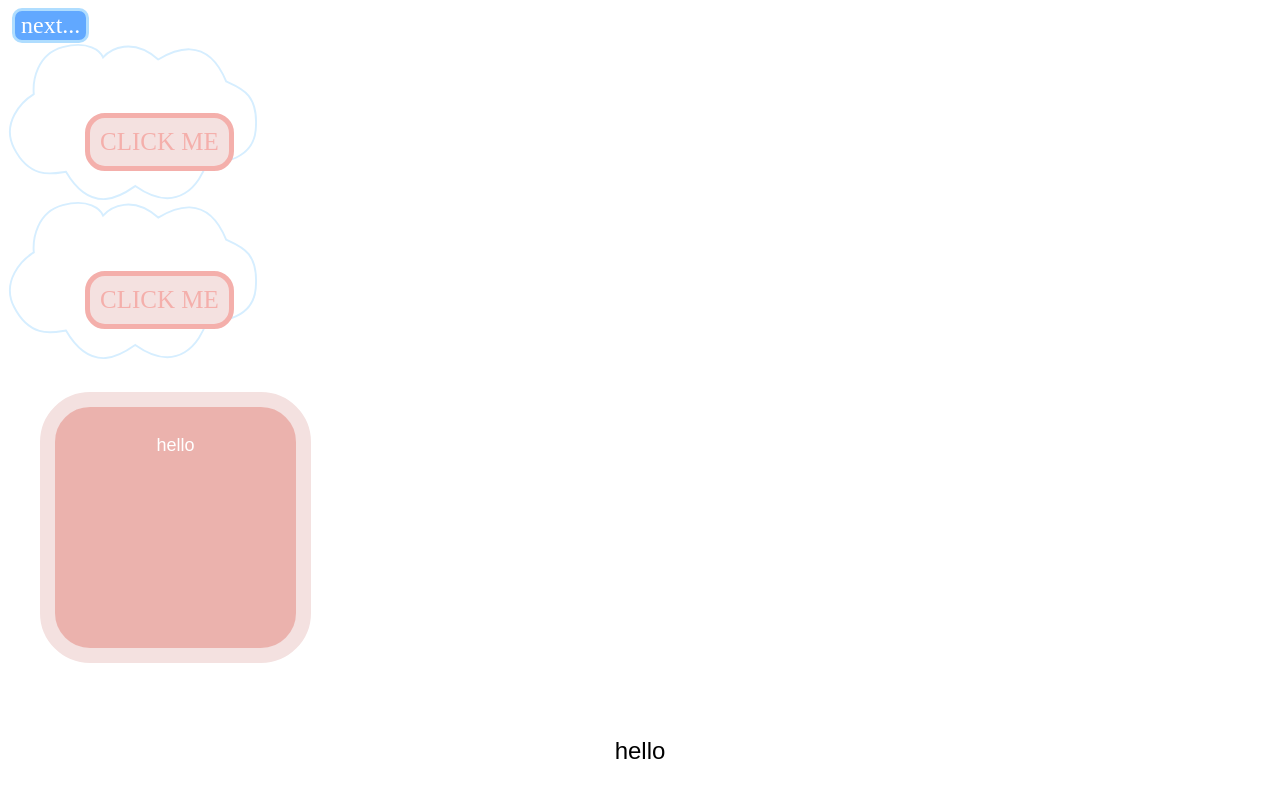
Repository: SoleilDagneau/MDIA2109Midterm
Page: index.html
An editor plug-in stored every save of this project. The page is shown before and after the next save, followed by the edit.
The browser window is 1280 px wide. The pictures show the whole page.
Some web fonts or font styles are not loaded; a fallback is used.

Above is the page before, as saved 2022-03-01 19:41:45.

After the next save:
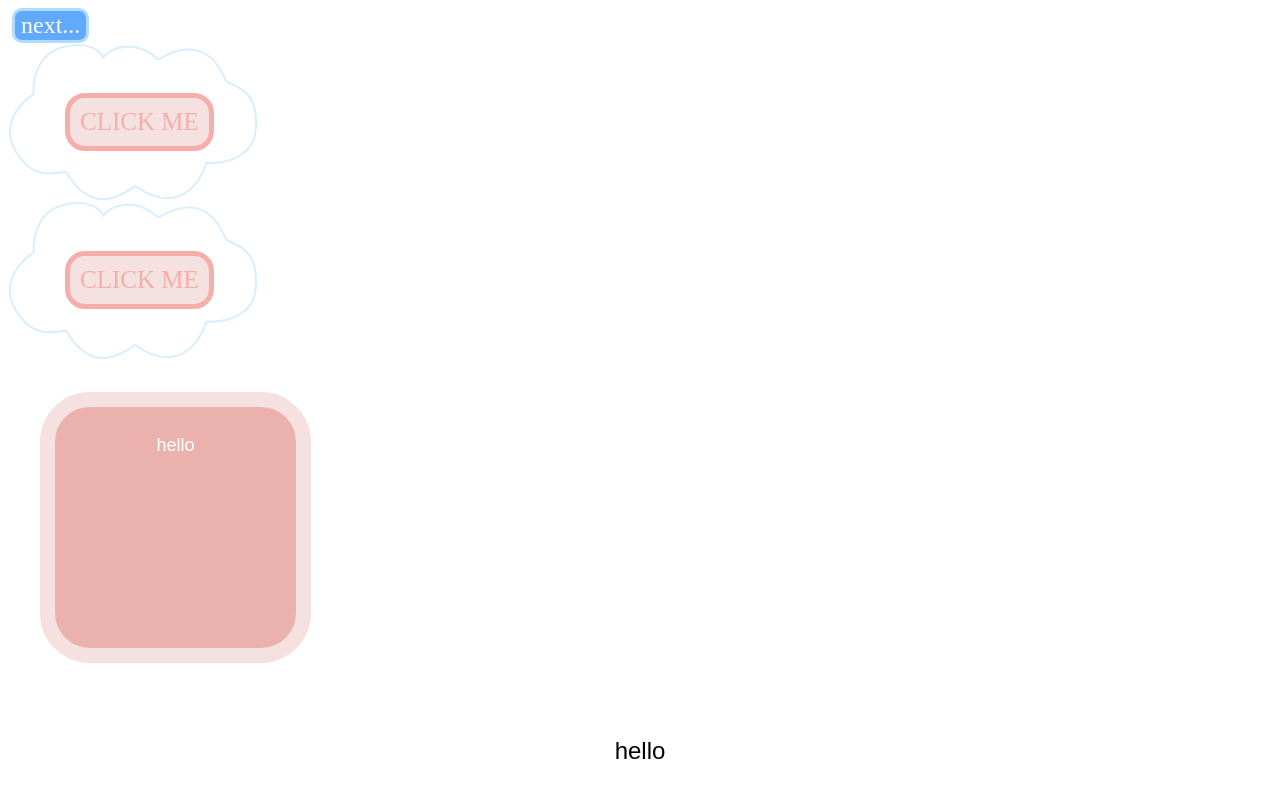
Saved 4 s later.
--- a/utils/clickbubble.js
+++ b/utils/clickbubble.js
@@ -16,7 +16,7 @@ template_clickbubble.innerHTML = `
         position: absolute;
         display:flex;
         left:15px;
-        margin:70px;
+        margin:50px;
     }
     img{
         width: 250px;
